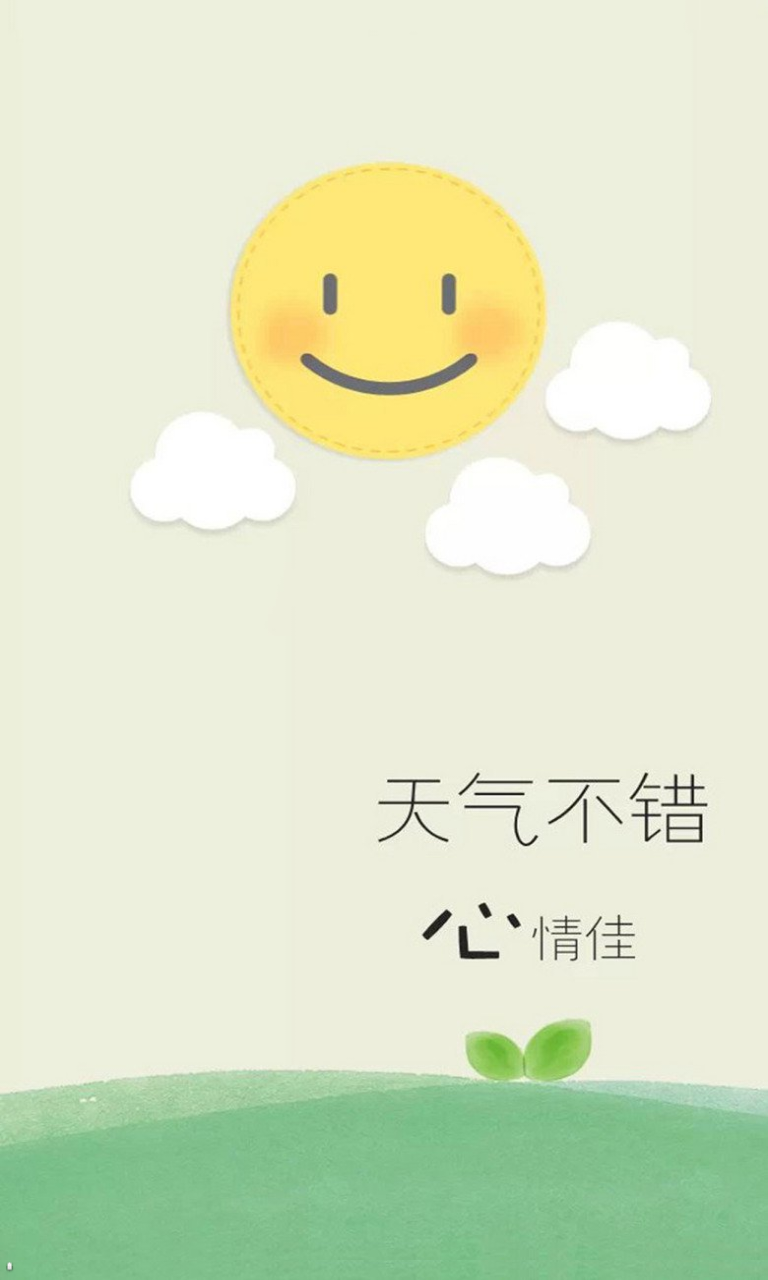
Repository: lihangogo/LHweather
Layout: LHweather/res/layout/activity_main.xml
The author's editor kept a copy of each file at every save. The layout is drawn from the files as they stood at one save, then again after the next save.
It is drawn on a 768 x 1280 px phone screen (xhdpi) without system bars, with theme AppTheme; the app's code is not run.

Above is the layout before, as saved 2017-08-18 00:53:02.

### LHweather/res/layout/activity_main.xml
<LinearLayout xmlns:android="http://schemas.android.com/apk/res/android"
    xmlns:tools="http://schemas.android.com/tools"
    android:layout_width="match_parent"
    android:layout_height="match_parent"
    android:background="@drawable/center"
    android:orientation="vertical"
    tools:context=".MainActivity" >

    <ImageView
        android:layout_width="fill_parent"
        android:layout_height="0dp"
        android:layout_weight="5"
        android:contentDescription="@string/image_error"
        android:background="@drawable/center"
        android:scaleType="fitCenter" />
	<Button
	    android:id="@+id/button"
	    android:layout_width="10dp"
	    android:layout_height="10dp"

	    />
</LinearLayout>

### LHweather/res/values/strings.xml
<?xml version="1.0" encoding="utf-8"?>
<resources>

    <string name="app_name">LHweather</string>
    <string name="action_settings">Settings</string>
    <string name="hello_world">Hello world!</string>
	<string name="image_error">图片加载失败</string>
</resources>

Loaded but not shown: LHweather/res/values/styles.xml (common file)

After the next save:
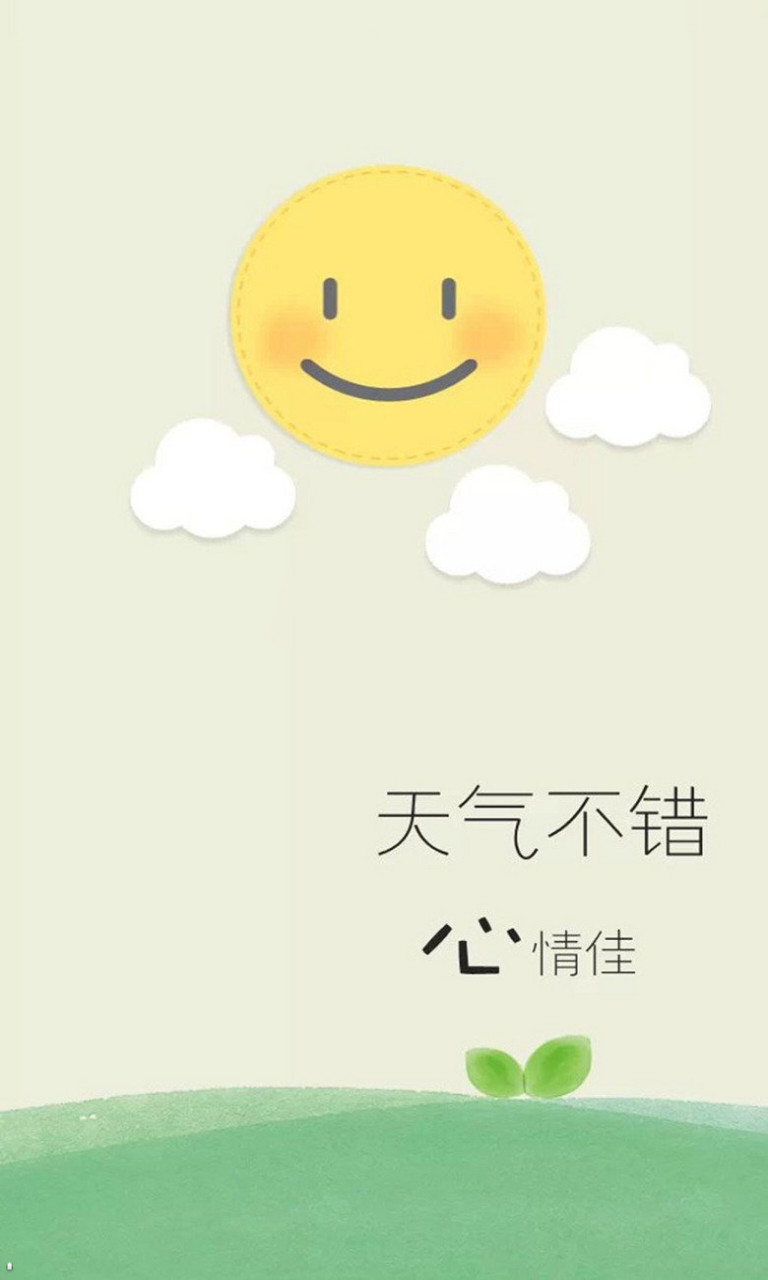
Saved 6 s later.
--- a/LHweather/res/layout/activity_main.xml
+++ b/LHweather/res/layout/activity_main.xml
@@ -11,7 +11,7 @@
         android:layout_height="0dp"
         android:layout_weight="5"
         android:contentDescription="@string/image_error"
-        android:background="@drawable/center"
+
         android:scaleType="fitCenter" />
 	<Button
 	    android:id="@+id/button"
